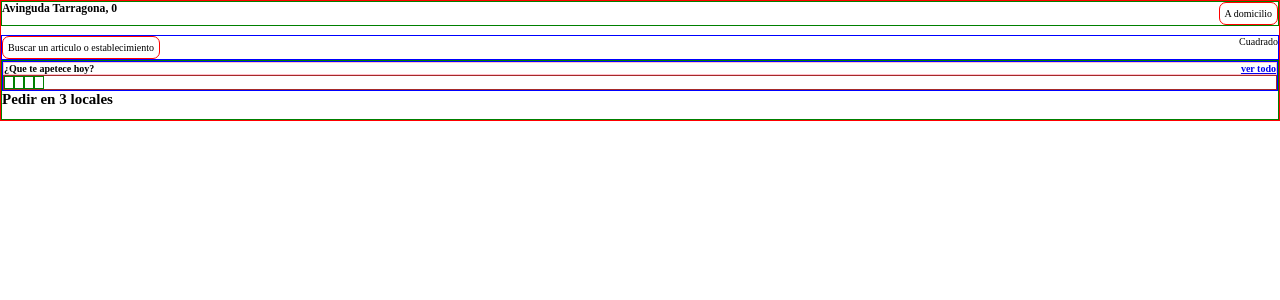
Repository: Srpinedaa/justEat
Page: index.html
An editor plug-in stored every save of this project. The page is shown before and after the next save, followed by the edit.
The browser window is 1280 px wide. The pictures show the whole page.

Above is the page before, as saved 2024-09-26 15:48:36.

### index.html
<!DOCTYPE html>
<html lang="en">

<head>
    <meta charset="UTF-8">
    <meta name="viewport" content="width=, initial-scale=1.0">
    <title>Just Eat</title>
    <link rel="stylesheet" href="css/estilos.css">
</head>

<body>
    <div id="all">
        <header>
            <div id="navDireccion">
                <h3 class = "direccion">Avinguda Tarragona, 0</h3>
                <div class= "formaPedido">A domicilio</div>
            </div>

            <div id="navBuscador">
                <div class="buscador">Buscar un articulo o establecimiento</div>
                <div class = "opciones">Cuadrado</div>
            </div>
        </header>
        <main>
            <div id = "contenido">
                <div id="bloque1">
                    <section class="bloque1Sesion1">
                        <h4>¿Que te apetece hoy?</h4>
                        <h4><a href="#">ver todo</a></h4>
                    </section>
                    <section class="bloque1Sesion2">
                        <div class="fotoComida"> <img src="" alt=""></div>
                        <div class="fotoComida"> <img src="" alt=""></div>
                        <div class="fotoComida"> <img src="" alt=""></div>
                        <div class="fotoComida"> <img src="" alt=""></div>
                    </section>
                </div>
                <div id="bloque2">
                    <section></section>
                </div>
                <div id="bloque3">
                    <section class="bloquePedidos">
                        <div class="pedido">
                            <h2>Pedir en 3 locales</h2>
                            <div class="imagenPedido">
                                <img src="" alt="">
                            </div>
                            <div class="informacionPedido">

                            </div>
                        </div>
                    </section>
                </div>
            </div>
        </main>
        <footer></footer>
    </div>
</body>

</html>

### css/estilos.css
*{
    margin: 0;
    padding: 0;
    box-sizing: border-box;
}

html{
    font-size: 62.5%;
}

#all{
    border: 1px solid red;
}

#navDireccion{
    border: 1px solid green;
    display: flex;
    justify-content: space-between;
    margin-bottom: 9px;
}

.formaPedido{
    border: 1px solid red;
    border-radius: 7px;
    padding: 5px;
}

#navBuscador{
    border: 1px solid blue;
    display: flex;
    justify-content: space-between;
}

.buscador{
    border: 1px solid red;
    border-radius: 7px;
    padding: 5px;
}

#contenido{
    border: 1px solid green;
}

#bloque1{
    border: 1px solid blue;
    display: flex;
    flex-direction: column;
}

.bloque1Sesion1{
    border: 1px solid pink;
    display: flex;
    justify-content: space-between;
}

.bloque1Sesion2{
    border: 1px solid brown;
    display: flex;
    flex-direction: row;
}

.fotoComida{
    border: 1px solid green;
    width: 1rem;

}

After the next save:
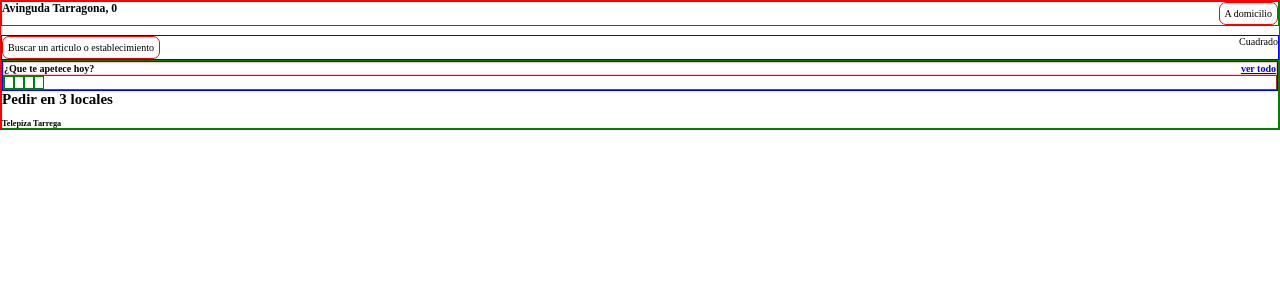
Saved 16 s later.
--- a/index.html
+++ b/index.html
@@ -46,7 +46,7 @@
                                 <img src="" alt="">
                             </div>
                             <div class="informacionPedido">
-
+                                <h5>Telepiza Tarrega</h5>
                             </div>
                         </div>
                     </section>
